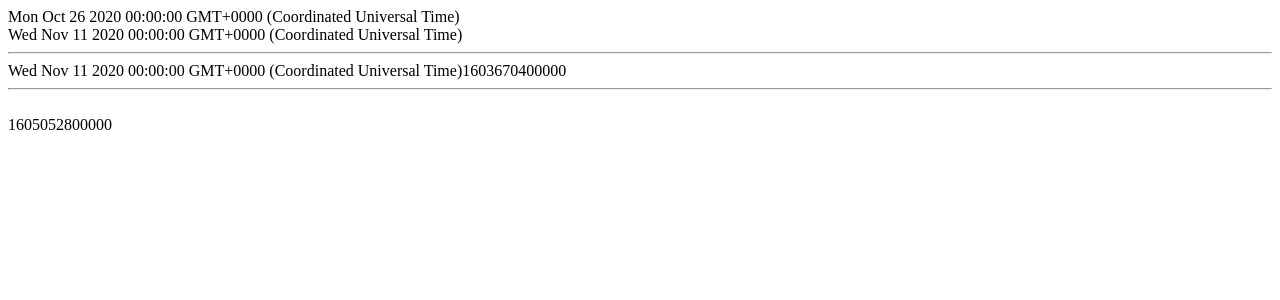
Repository: TeoNogueira/Aulas-Udemy-DevFull-Stack-Por-Jamilton-Damasceno-e-Jorge-Sant-Ana-
Page: public_project/JavaScript/function_native_datas.html
These files come from the project's save history. The page is drawn as it stood at one moment and after the next save; the edit follows.
The browser window is 1280 px wide. The pictures show the whole page.

Above is the page before, as saved 2020-10-26 20:08:37.

### public_project/JavaScript/function_native_datas.html
<!DOCTYPE html>
<html lang="PT_BR">
<head>
    <meta charset="UTF-8">
    <meta name="viewport" content="width=device-width, initial-scale=1.0">
    <title>Desafio</title>


    <script class="">

   //     var data = new Date()

   //  document.write(data.getDate())

   //var data = new Date()
// document.write(data.getDate() + '/' + (data.getMonth() + 1 + '/' + data.getFullYear()))

 // adicionar / remover dias

/*
 var data = new Date()

document.write(data.toString())

data.setDate(data.getDate() + 1) // adicionando dias para a data atual

document.write('<hr />')

document.write(data.toString())

document.write('<br />' + '<br />' + '<br />')
// --------------x-----------x-------------x----------------------------------------------------------------




var data = new Date()

document.write(data.toString())

data.setMonth(data.getMonth() + 2) // adicionando meses para a data atual

document.write('<hr />')

document.write(data.toString())

document.write('<br />' + '<br />' + '<br />')
//----------x-----------------------------------------------x----------------------------------x



var data = new Date()

document.write(data.toString())

data.setFullYear(data.getFullYear() + 1) // adicionando dias para a data atual

document.write('<hr />')

document.write(data.toString())

document.write('<br />' + '<br />' + '<br />')
// --------------x-----------x-------------x----------------------------------------------------------------


*/

// 26/10/2020

var data1 = new Date(2020, 9, 26)



// 11/11/2020

var data2 = new Date(2020, 10, 11)


document.write(data1.toString()+ '<br />')
document.write(data2.toString())

document.write('<hr />')
document.write(data2.toString())
// converter datas para algo que possamos calcular ----------------

document.write(data1.getTime()) // getTime() puxa o os milissegundos
document.write('<hr />' + '<br />')
document.write(data2.getTime())

   // 1 de janeiro de 1970 <<<<<< data de padrão computacional para o getTime() fazer o calculo dos milissegundos
   // a partir dessa data
           </script>



</head>
<body>



  <!----  <script src="./scripts/desafio.js"></script>-- >
</body>
</html>

After the next save:
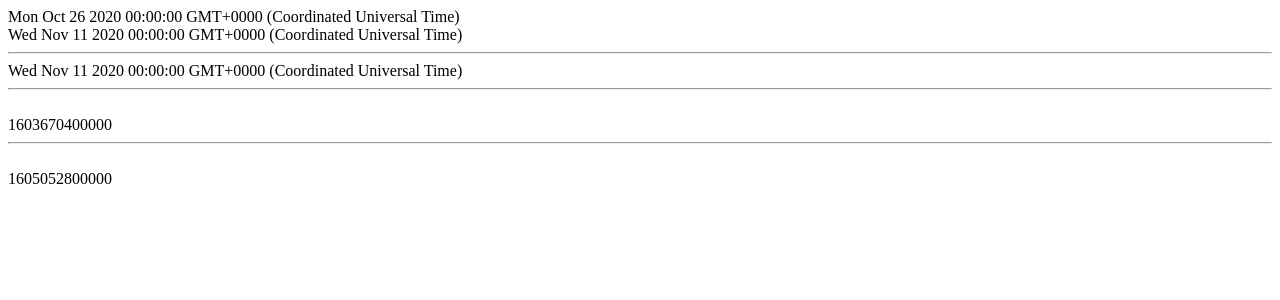
Saved 13 s later.
--- a/public_project/JavaScript/function_native_datas.html
+++ b/public_project/JavaScript/function_native_datas.html
@@ -82,7 +82,7 @@ document.write(data2.toString())
 document.write('<hr />')
 document.write(data2.toString())
 // converter datas para algo que possamos calcular ----------------
-
+document.write('<hr />' + '<br />')
 document.write(data1.getTime()) // getTime() puxa o os milissegundos
 document.write('<hr />' + '<br />')
 document.write(data2.getTime())
